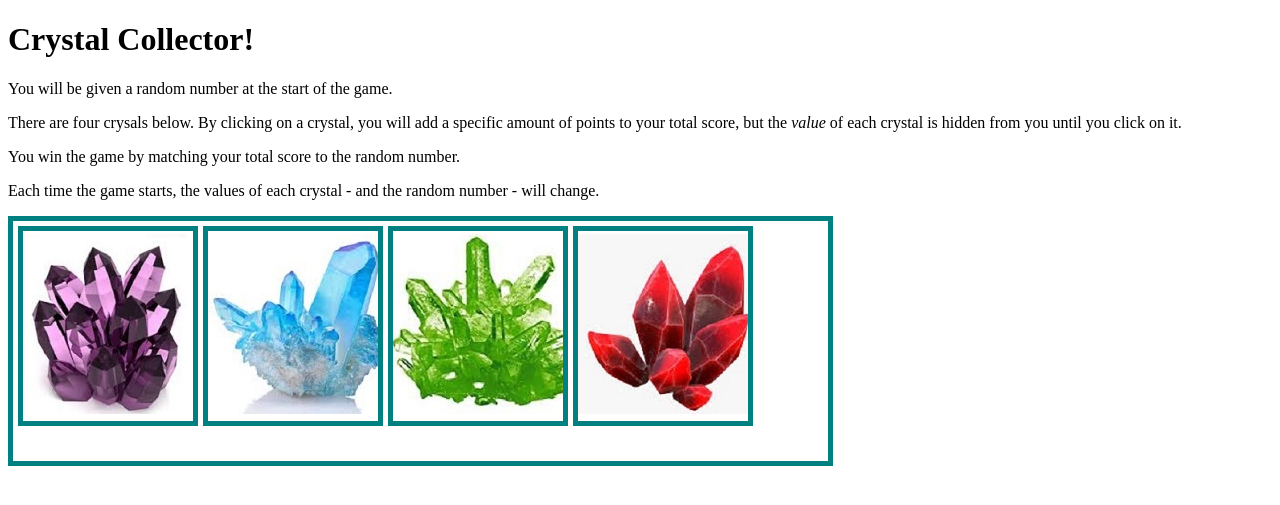
Repository: dsaftler/unit-4-game
Page: index.html
An editor plug-in stored every save of this project. The page is shown before and after the next save, followed by the edit.
The browser window is 1280 px wide. The pictures show the whole page.

Above is the page before, as saved 2019-04-01 18:58:41.

### index.html
<!DOCTYPE html>
<html lang="en">
<head>
  <meta charset="UTF-8">
  <meta name="viewport" content="width=device-width, initial-scale=1.0">
  <meta http-equiv="X-UA-Compatible" content="ie=edge">
  <link rel="stylesheet" href="assets/css/reset.css">
  <link rel="stylesheet" href="assets/css/style.css">
  <script src="https://ajax.googleapis.com/ajax/libs/jquery/3.3.1/jquery.min.js"></script>


  <title>Puzzle Crystal Collector</title>
</head>
<body>
<h1>Crystal Collector!</h1>
<p>You will be given a random number at the start of the game.</p>
<p>There are four crysals below.  By clicking on a crystal, you will add a specific amount of points to your total score, but the <em>value</em> of each crystal is hidden from you until you click on it.</p>
<p>You win the game by matching your total score to the random number.</p>
<p>Each time the game starts, the values of each crystal - and the random number - will change.</p>

<div class="crystal-set">
  <div class="crystal clearfix" id="crystal_1"><img src="assets/images/crystal_1.jpg"></div>
  <div class="crystal clearfix" id="crystal_2"><img src="assets/images/crystal_2.jpg"></div>
  <div class="crystal clearfix" id="crystal_3"><img src="assets/images/crystal_3.jpg"></div>
  <div class="crystal clearfix" id="crystal_4"><img src="assets/images/crystal_4.jpg"></div>
</div>


</body>
</html>

### assets/css/style.css
* {
  box-sizing: border-box;
}
.body {
background-image: url("assets/images/congruent_pentagon.png")
}
.container{
  background-color: "green"

}
.crystal-set{
  background-color: #ffffff;
  height: 250px;
  width: 825px;
  border:5px solid teal;
  padding: 5px;
  align-content: vertical;
}
.crystal{
  display: block;
  align-content: center;
  float: left;
  height: 200px;
  width: 180px;
  margin-right: 5px;

  border: teal 5px solid;


}
.clearfix {
  overflow: hidden;
}

Loaded but not shown: assets/css/reset.css (no stored copy; drawn as an empty file)

After the next save:
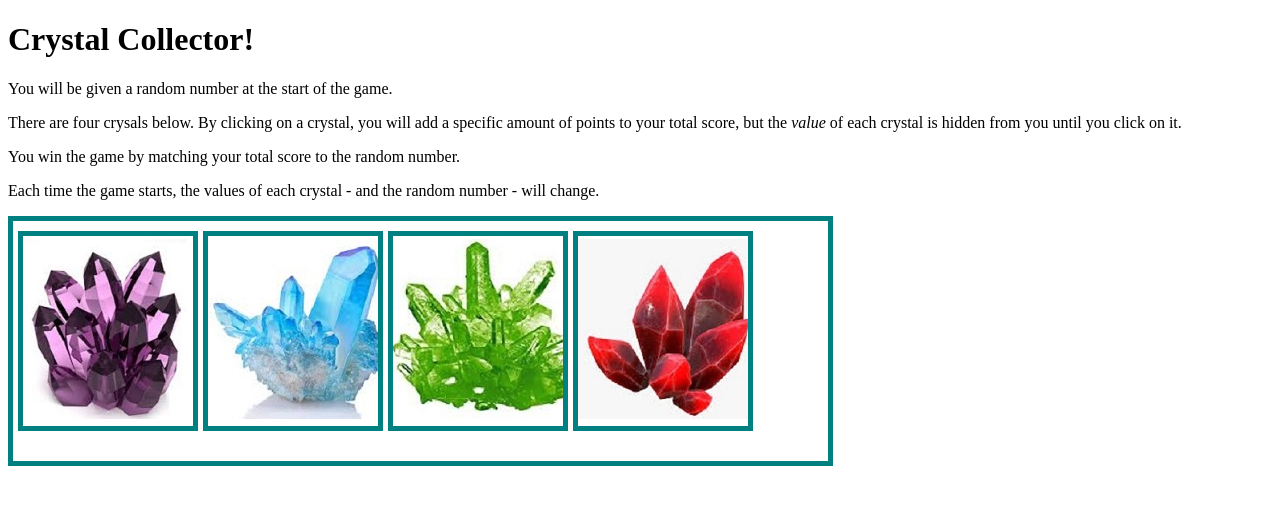
Saved 23 s later.
--- a/assets/css/style.css
+++ b/assets/css/style.css
@@ -23,6 +23,7 @@ background-image: url("assets/images/congruent_pentagon.png")
   height: 200px;
   width: 180px;
   margin-right: 5px;
+  margin-top: 5px;
 
   border: teal 5px solid;
 
